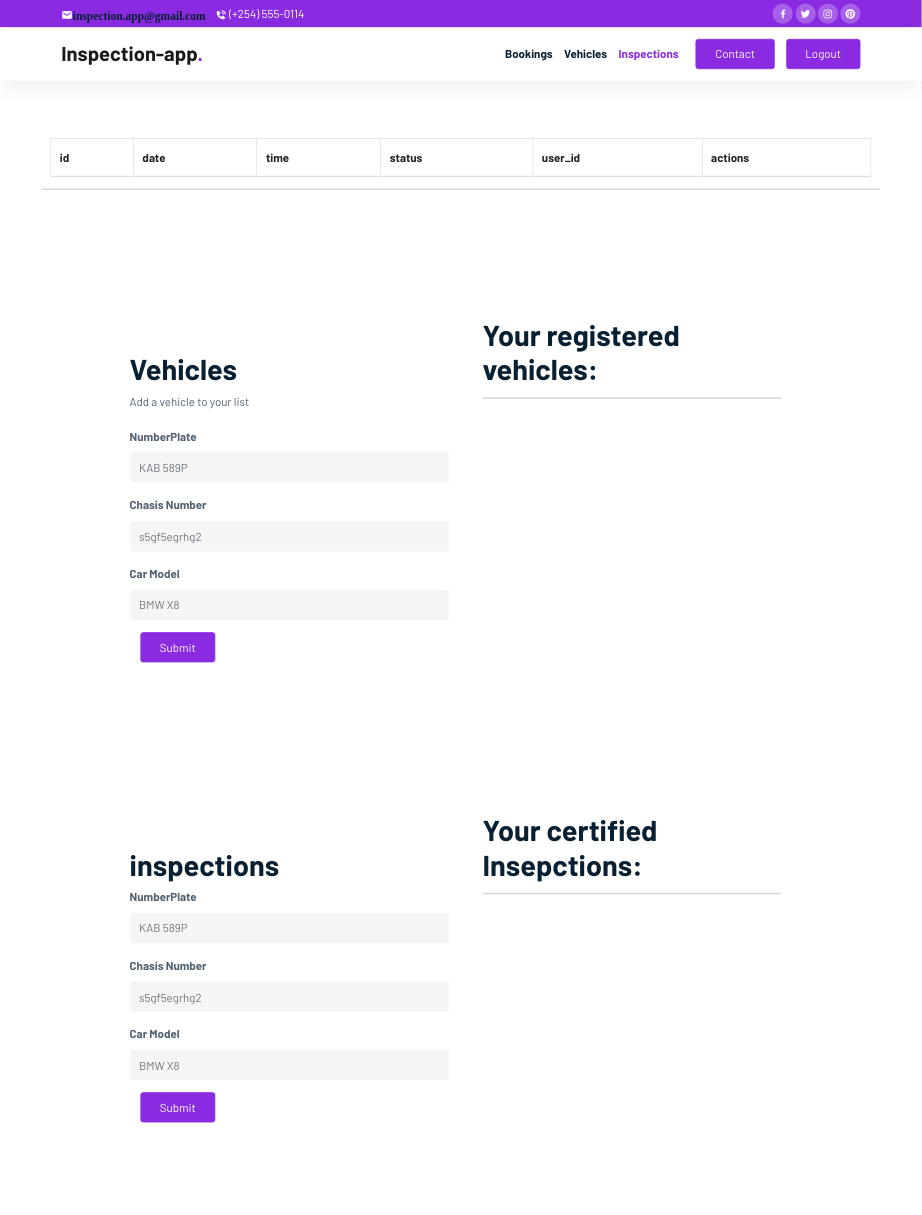
Repository: Jaynie8085/INSPECTION-APP
Page: client/admnDashboard.html
These files come from the project's save history. The page is drawn as it stood at one moment and after the next save; the edit follows.
The browser window is 1280 px wide. The pictures show the whole page, at 72% of full size.
The page's requests for data from a server got no answer. Some web libraries are served in a nearby version.

Above is the page before, as saved 2022-10-17 05:53:02.
Console error: ReferenceError: fetchBookings is not defined

After the next save:
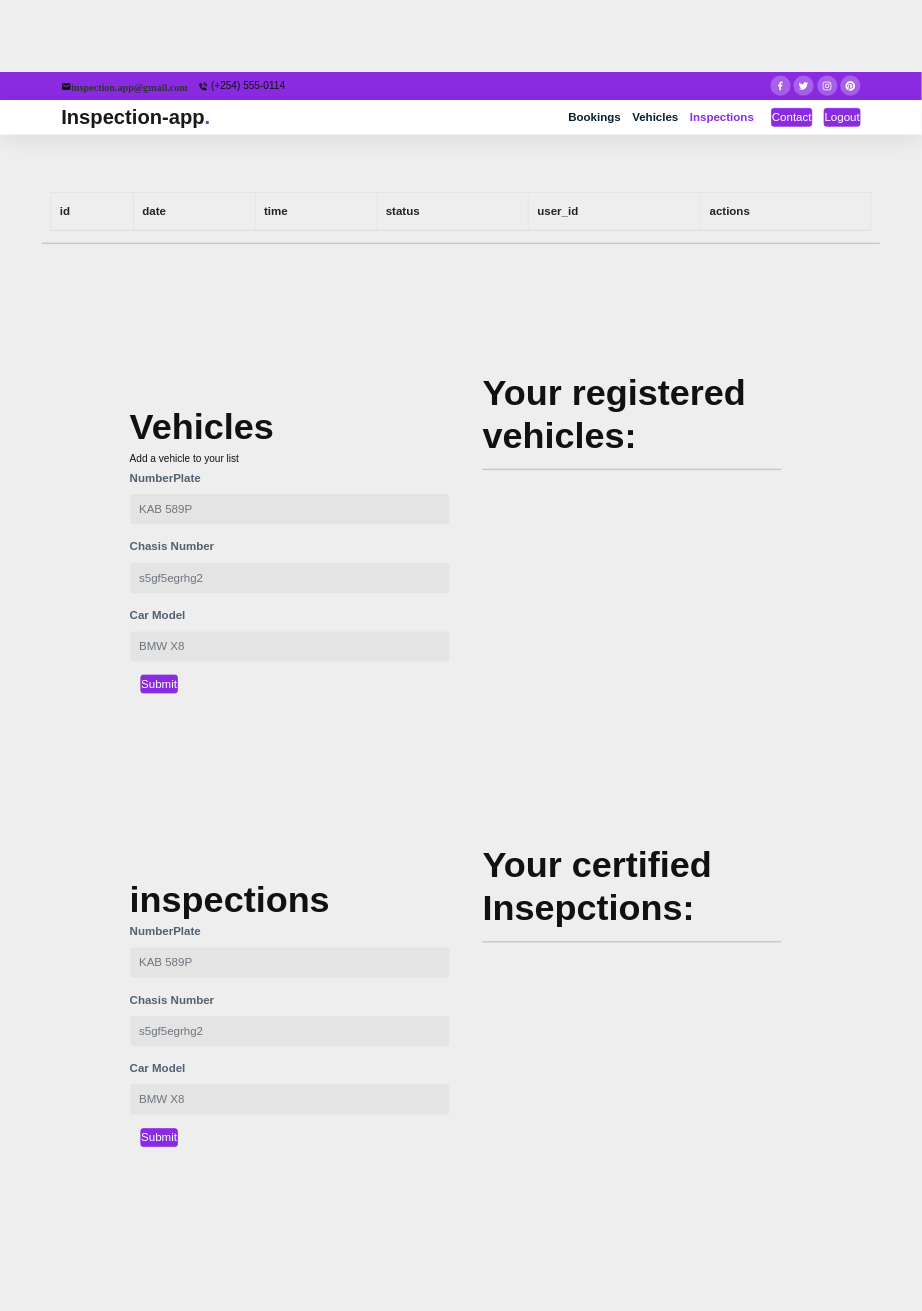
Saved 92 s later.
--- a/client/admnDashboard.html
+++ b/client/admnDashboard.html
@@ -15,6 +15,8 @@
     <link rel="stylesheet" href="https://stackpath.bootstrapcdn.com/bootstrap/4.1.3/css/bootstrap.min.css"
         integrity="sha384-MCw98/SFnGE8fJT3GXwEOngsV7Zt27NXFoaoApmYm81iuXoPkFOJwJ8ERdknLPMO" crossorigin="anonymous">
     <link rel="stylesheet" href="css/style.css">
+    <link rel="stylesheet" href="assets/css/datatables.min.css">
+    <link rel="stylesheet" href="assets/css/style.css">
     <title>userDashboard</title>
 </head>
 
